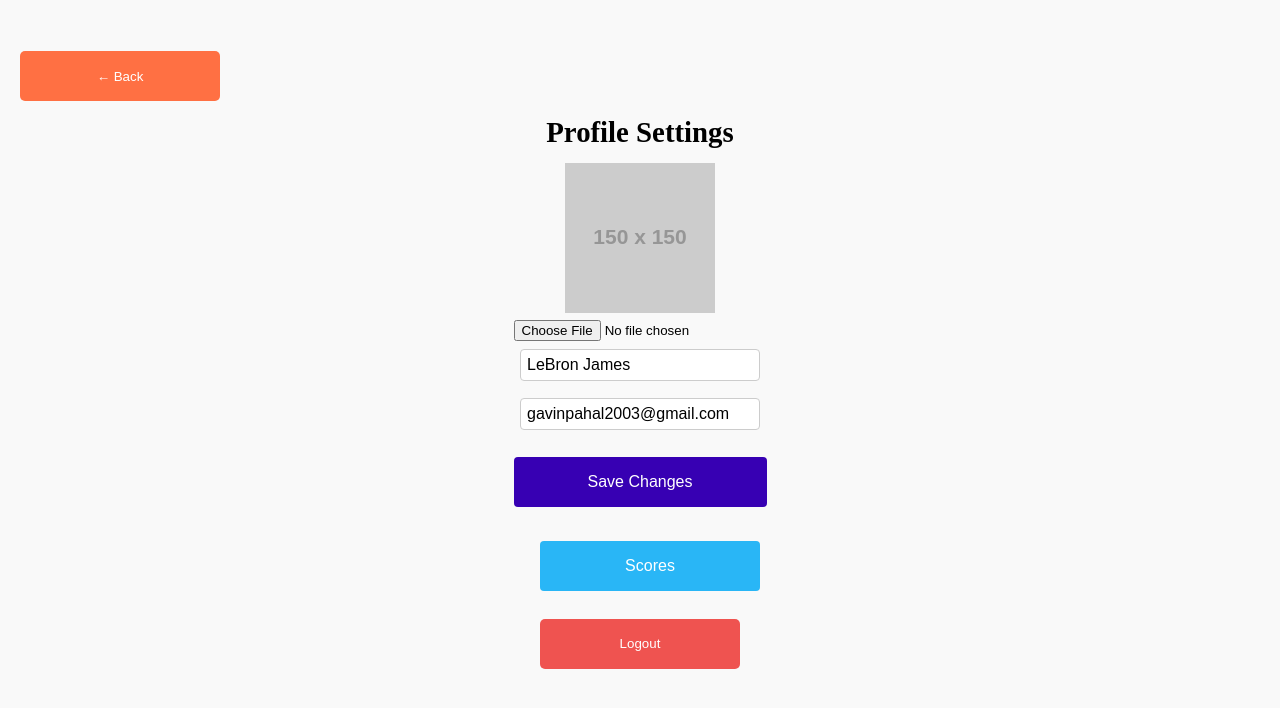
Repository: parnelltse/frontend2-courseproject
Page: /profilesettings
An editor plug-in stored every save of this project. The page is shown before and after the next save, followed by the edit.
The browser window is 1280 px wide. The pictures show the whole page.
The pointer rests on the first visible `.save-button`.
The project was rebuilt for these pictures with package versions that can differ from the ones it lists, and the page was loaded fresh each time. Also part of the build but not shown: vite.config.js, src/pages/landing.jsx, src/pages/home.jsx, src/components/BackButton.jsx, src/pages/gameoptions.jsx, src/pages/appsettings.jsx, src/pages/gamehistory.jsx, src/pages/singleplayer.jsx and 5 more.

Above is the page before, as saved 2024-11-16 00:31:36.

After the next save:
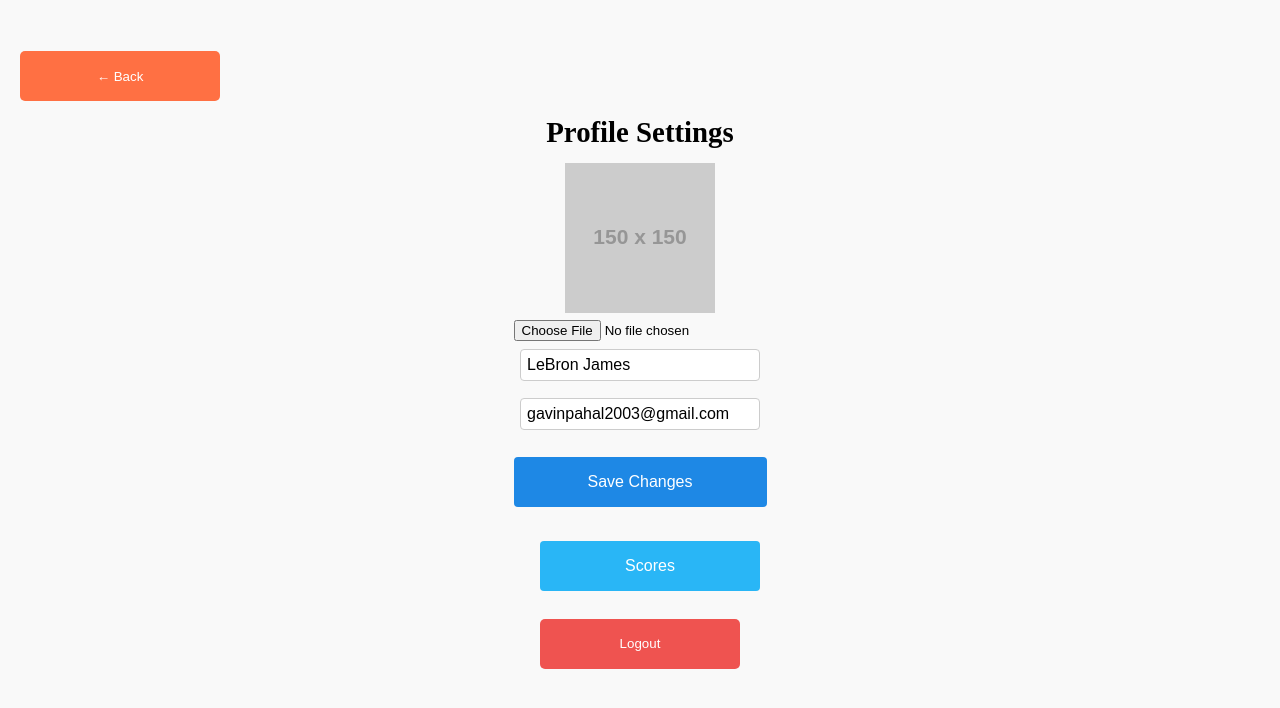
Saved 22 s later.
--- a/src/App.css
+++ b/src/App.css
@@ -354,3 +354,6 @@
   .scores-button:hover {
 	background-color: #039be5;
   }
+  .save-button:hover {
+	background-color: #1e88e5;
+  }
